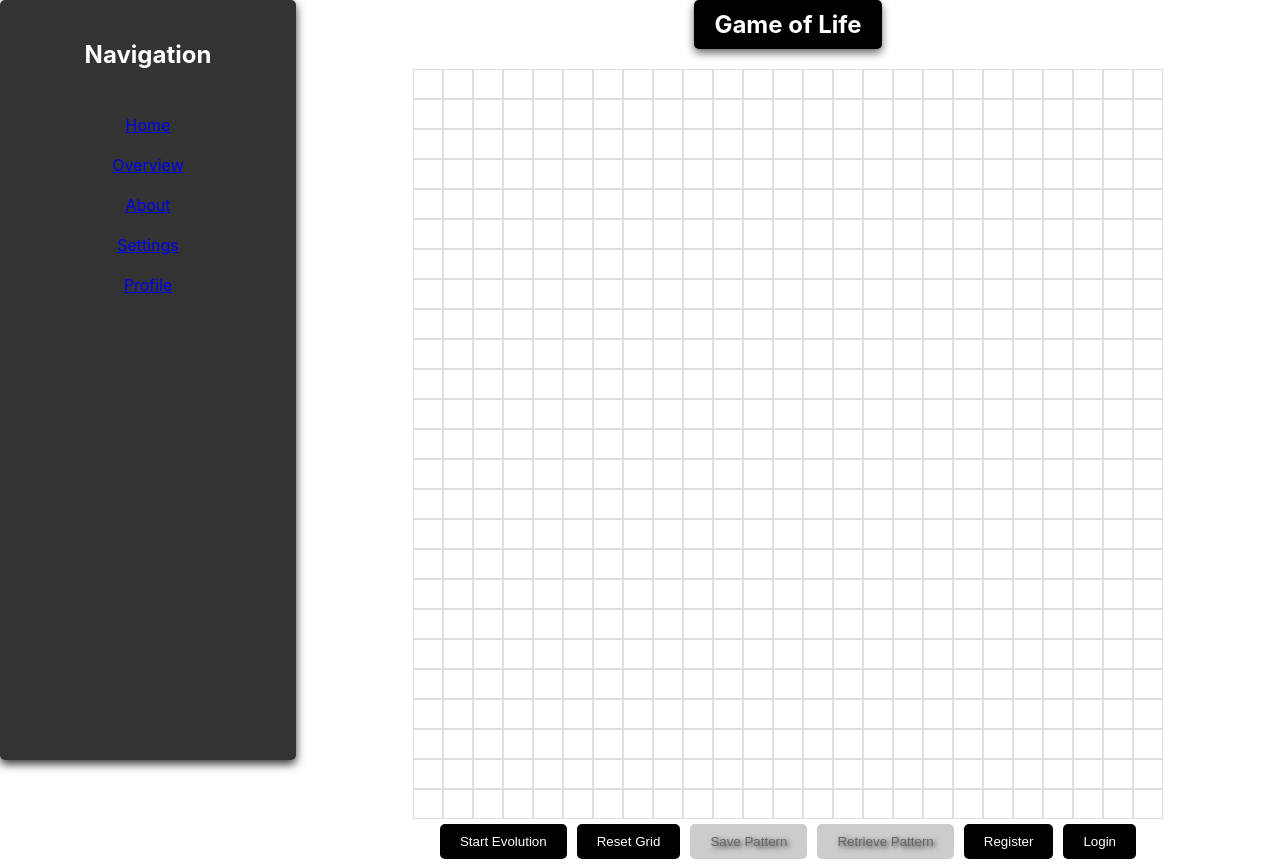
Repository: MarioDiekmann/GameOfLife
Page: /
These files come from the project's save history. The page is drawn as it stood at one moment and after the next save; the edit follows.
The browser window is 1280 px wide. The pictures show the whole page.
The project was rebuilt for these pictures with package versions that can differ from the ones it lists, and the page was loaded fresh each time. Also part of the build but not shown: src/components/InputForm.js, src/components/LoadPatternForm.js, src/components/RegistrationForm.js, src/components/LoginForm.js, src/pages/Overview.js.

Above is the page before, as saved 2024-11-06 18:44:45.

### src/App.js
import React from 'react';
import { BrowserRouter as Router, Route, Routes } from 'react-router-dom';
import Game from './components/Game';
import Overview from './pages/Overview';
import './App.css';
import {AuthProvider} from './AuthContext';


function App() {
  return (
    <AuthProvider>
    <Router>
      <div className="App">
        <Routes>
          <Route path="/" element={<Game/>} />
          <Route path="/Overview" element={<Overview/>} />
        </Routes>
      </div>
    </Router>
    </AuthProvider>
  );
}

export default App;

### src/AuthContext.js
import React, { createContext, useState, useEffect, useRef, useCallback } from 'react';

export const AuthContext = createContext();

export const AuthProvider = ({ children }) => {
    const [token, setToken] = useState(localStorage.getItem('authToken'));
    const tokenRef = useRef(token);
    const expirationCheckInterval = useRef(null);

    const isTokenExpired = (token) => {
        if (!token) return true;
        try {
            const { exp } = JSON.parse(atob(token.split('.')[1]));
            return Date.now() >= exp * 1000;
        } catch (error) {
            console.error('Error checking token expiration:', error);
            return true;
        }
    };

    const handleLogout = useCallback(() => {
        console.log('Logging out, clearing token');
        localStorage.removeItem('authToken');
        setToken(null);
        tokenRef.current = null;
        clearInterval(expirationCheckInterval.current);
    }, []);

    const handleExpirationAlert = useCallback(() => {
        console.log('Session expired, alerting user');
        alert('Your session has expired. Please log in again.');
        handleLogout();
    }, [handleLogout]);

    const handleLogin = (newToken) => {
        console.log('Logging in with new token:', newToken);
        localStorage.setItem('authToken', newToken);
        setToken(newToken);
        tokenRef.current = newToken;

        // Check for expiration immediately
        if (isTokenExpired(newToken)) {
            handleExpirationAlert();
        } else {
            startExpirationCheck();
        }
    };

    const startExpirationCheck = useCallback(() => {
        console.log('Starting expiration check interval');
        clearInterval(expirationCheckInterval.current);
        expirationCheckInterval.current = setInterval(() => {
            console.log('Interval tick, checking token expiration');
            if (isTokenExpired(tokenRef.current)) {
                handleExpirationAlert();
            }
        }, 1000);
    }, [handleExpirationAlert]);

    useEffect(() => {
        console.log('useEffect triggered: token is', token);
        tokenRef.current = token;

        if (token) {
            console.log('Token is set, starting expiration check');
            startExpirationCheck();
        } else {
            console.log('No token, clearing interval');
            clearInterval(expirationCheckInterval.current);
        }

        return () => {
            console.log('Clearing interval on unmount or dependency change');
            clearInterval(expirationCheckInterval.current);
        };
    }, [token, startExpirationCheck]);

    return (
        <AuthContext.Provider value={{ token, handleLogin, handleLogout }}>
            {children}
        </AuthContext.Provider>
    );
};

### src/components/Cell.js
import React, { useEffect, useState } from 'react';
import './Cell.css';

const Cell = ({ isAlive, onClick, numResizes }) => {
  // Calculate the size of the cell relative to the screen size
  const [cellSize, setCellSize] = useState(0);

  useEffect(() => {
    // Update cell size based on screen width and height
    const updateCellSize = () => {
      const screenWidth = window.innerWidth;
      const screenHeight = window.innerHeight;

      // Calculate the number of cells that can fit horizontally and vertically
      const cellsPerRow = Math.floor(screenWidth / 30); // 20px is the minimum width for a cell
      const cellsPerColumn = Math.floor(screenHeight / 30); // 20px is the minimum height for a cell

      // Choose the smaller of the two values to ensure the grid fits within the screen
      const cellSize = Math.min(screenWidth / cellsPerRow, screenHeight / cellsPerColumn);

      setCellSize(cellSize);
    };

    // Call once on mount and whenever the window is resized
    updateCellSize();
    window.addEventListener('resize', updateCellSize);

    return () => {
      window.removeEventListener('resize', updateCellSize);
    };
  }, []);

  return (
    <div
      className={`cell ${isAlive ? 'alive' : 'dead'}`}
      onClick={onClick}
      style={{
        width: `${cellSize}px`,
        height: `${cellSize}px`,
      }}
    ></div>
  );
};

export default Cell;

### src/components/Game.css
.popup-overlay {
    position: fixed;
    top: 0;
    left: 0;
    width: 100%;
    height: 100%;
    background: rgba(0, 0, 0, 0.5); /* Semi-transparent background */
    display: flex;
    justify-content: center;
    align-items: center;
    z-index: 1000; /* Ensure it's above other content */
}

.popup-content {
    background: white;
    padding: 20px;
    border-radius: 8px;
    box-shadow: 0 4px 8px rgba(0, 0, 0, 0.1);
    width: 300px;
    z-index: 1001; /* Above the backdrop */
}

body.modal-open {
    overflow: hidden; /* Prevent scrolling when modal is open */
}

.banner {
    background-color: black;
    padding: 10px 20px; /* Adjusted padding for a tighter fit */
    display: inline-block; /* Makes the banner fit the text */
    text-align: center;
    box-shadow: 0 4px 8px rgba(0, 0, 0, 0.6);
    border-radius: 5px; /* Optional: Adds rounded corners */
}

.banner h1 {
    color: white;
    font-size: 2.5em; /* Slightly reduced font size for better fit */
    text-shadow: 2px 2px 5px rgba(0, 0, 0, 0.8);
    margin: 0; /* Removes default margin */
}



.button {
    background-color: black; /* Same as the banner background */
    color: white; /* White text for contrast */
    padding: 10px 20px; /* Padding for a better touch target */
    border: none; /* Remove default border */
    border-radius: 5px; /* Rounded corners */
    cursor: pointer; /* Pointer cursor on hover */
    margin: 5px; /* Space between buttons */
    text-shadow: 2px 2px 5px rgba(0, 0, 0, 0.8); /* Similar text shadow as the banner */
}

.button:hover {
    background-color: #333; /* Slightly lighter on hover */
}

.button:disabled {
    background-color: #ccc; /* Grey background for disabled state */
    color: #666; /* Lighter text color */
    cursor: not-allowed; /* Change cursor to indicate it's disabled */
    pointer-events: none; /* Prevent click events */
}

.button-container {
    position: relative;
    display: inline-block;
}

.tooltip-text {
    visibility: hidden;
    position: absolute;
    bottom: 125%; /* Position above the button */
    left: 50%;
    transform: translateX(-50%);
    background-color: #333;
    color: #fff;
    padding: 5px 10px;
    border-radius: 5px;
    font-size: 0.9em;
    white-space: nowrap;
    z-index: 10;
    opacity: 0;
    transition: opacity 0.3s ease;
}

.button-container:hover .tooltip-text {
    visibility: visible;
    opacity: 1;
}




.row {
    display: flex;
}

.cell {
    border: 1px solid #ddd;
    transition: background-color 0.3s;
}
.cell.alive {
    background-color: black;
}
.cell.dead {
    background-color: white;
}

### src/components/NavBar.js
import React from 'react';
import { Link } from 'react-router-dom';
import './NavBar.css';

const NavBar = () => {
    const navItems = [
        { name: "Home", path: "/" },
        { name: "Overview", path: "/Overview" },
        { name: "About", path: "/about" },
        { name: "Settings", path: "/settings" },
        { name: "Profile", path: "/profile" },
    ];

    return (
        <div className="navbar">
            <h2>Navigation</h2>
            <ul>
                {navItems.map((item, index) => (
                    <li key={index}>
                        <Link to={item.path}>{item.name}</Link>
                    </li>
                ))}
            </ul>
        </div>
    );
};

export default NavBar;

### src/pages/Overview.css
/* Overview.css */
.overview-container {
    display: flex;
    height: 100vh;
}

.navbar {
    width: 20%;
    background-color: #333;
    color: #fff;
    display: flex;
    flex-direction: column;
    align-items: center;
    padding-top: 20px;
    min-height: 100%;
}

.content {
    flex: 1;
    display: flex;
    flex-direction: column;
    align-items: center;
    padding: 20px;
}

.banner h1 {
    color: white;
    font-size: 1.5em;
    text-shadow: 1px 1px 2px rgba(0, 0, 0, 0.5);
    margin: 0;
}

.text-content {
    margin-top: 20px;
    color: #333;
    text-align: center;
    font-size: 1.2em;
}

### src/components/Cell.css
.cell {
  display: inline-flex; /* Align cells next to each other */
  border: 2px solid #ddd;
  box-sizing: border-box; /* Ensure padding and border are included in width/height */
  transition: background-color 0.3s;
}

.cell.alive {
  background-color: black; /* Green for living cells */
}

.cell.dead {
  background-color: white; /* Red for dead cells */
}

### src/components/NavBar.css
.navbar {
    background-color: black;            /* Black background */
    color: white;                       /* White text color */
    padding: 20px;                      /* Padding around the content */
    width: 200px;                       /* Set width for the navbar */
    box-shadow: 0 4px 10px rgba(0, 0, 0, 0.8); /* Add shadow */
    border-radius: 5px;                /* Rounded corners */
    height: 100%;                       /* Full height */
}

.navbar h2 {
    text-align: center;                 /* Center header text */
    margin-bottom: 20px;                /* Space below the header */
}

/* Other styles remain unchanged */


.navbar ul {
    list-style-type: none;              /* Remove default list styles */
    padding: 0;                         /* Remove padding */
}

.navbar li {
    padding: 10px;                      /* Padding for each item */
    cursor: pointer;                    /* Pointer cursor on hover */
    text-align: center;                 /* Center text */
    transition: background-color 0.3s;  /* Smooth background change */
}

.navbar li:hover {
    background-color: #444;             /* Change background on hover */
}

Loaded but not shown: public/index.html (common file); src/index.js (common file); src/index.css (common file); src/reportWebVitals.js (common file); src/App.css (common file); src/components/Game.js (339 lines, source omitted)

After the next save:
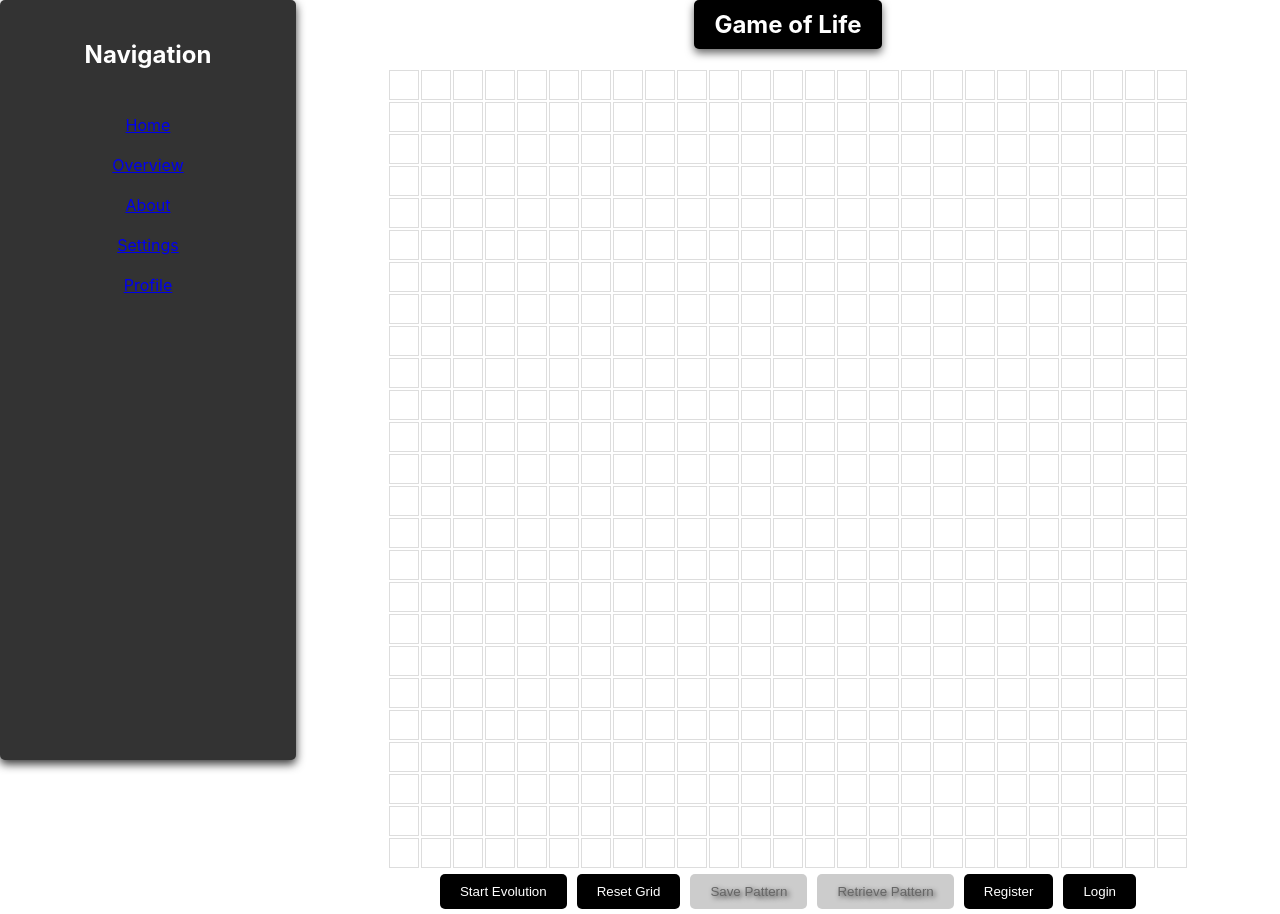
Saved 83 s later.
--- a/src/components/Cell.js
+++ b/src/components/Cell.js
@@ -1,34 +1,14 @@
-import React, { useEffect, useState } from 'react';
+import React from 'react';
 import './Cell.css';
 
 const Cell = ({ isAlive, onClick, numResizes }) => {
-  // Calculate the size of the cell relative to the screen size
-  const [cellSize, setCellSize] = useState(0);
+  // Base sizes for cell dimensions and margin
+  const baseSize = 30; // Base cell size when numResizes = 1
+  const baseMargin = 1; // Base margin when numResizes = 1
 
-  useEffect(() => {
-    // Update cell size based on screen width and height
-    const updateCellSize = () => {
-      const screenWidth = window.innerWidth;
-      const screenHeight = window.innerHeight;
-
-      // Calculate the number of cells that can fit horizontally and vertically
-      const cellsPerRow = Math.floor(screenWidth / 30); // 20px is the minimum width for a cell
-      const cellsPerColumn = Math.floor(screenHeight / 30); // 20px is the minimum height for a cell
-
-      // Choose the smaller of the two values to ensure the grid fits within the screen
-      const cellSize = Math.min(screenWidth / cellsPerRow, screenHeight / cellsPerColumn);
-
-      setCellSize(cellSize);
-    };
-
-    // Call once on mount and whenever the window is resized
-    updateCellSize();
-    window.addEventListener('resize', updateCellSize);
-
-    return () => {
-      window.removeEventListener('resize', updateCellSize);
-    };
-  }, []);
+  // Calculate cell size and margin based on numResizes
+  const cellSize = baseSize / Math.pow(2, numResizes );
+  const marginSize = baseMargin / Math.pow(2, numResizes );
 
   return (
     <div
@@ -37,6 +17,7 @@ const Cell = ({ isAlive, onClick, numResizes }) => {
       style={{
         width: `${cellSize}px`,
         height: `${cellSize}px`,
+        margin: `${marginSize}px`, // Uniform margin applied
       }}
     ></div>
   );
